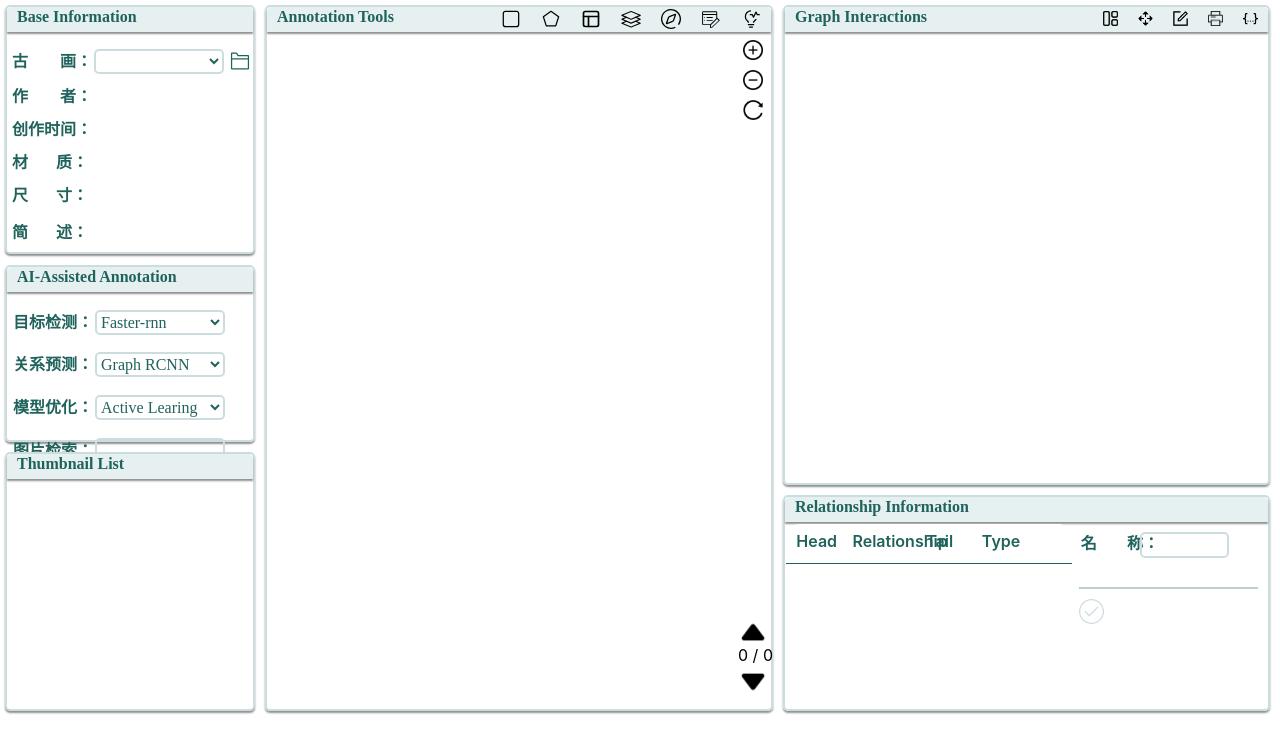
Repository: cailbh/ImageLabelTool
Page: /
These files come from the project's save history. The page is drawn as it stood at one moment and after the next save; the edit follows.
The browser window is 1280 px wide. The pictures show the whole page.
The project was rebuilt for these pictures with package versions that can differ from the ones it lists, and the page was loaded fresh each time.

Above is the page before, as saved 2022-11-14 22:41:28.

After the next save:
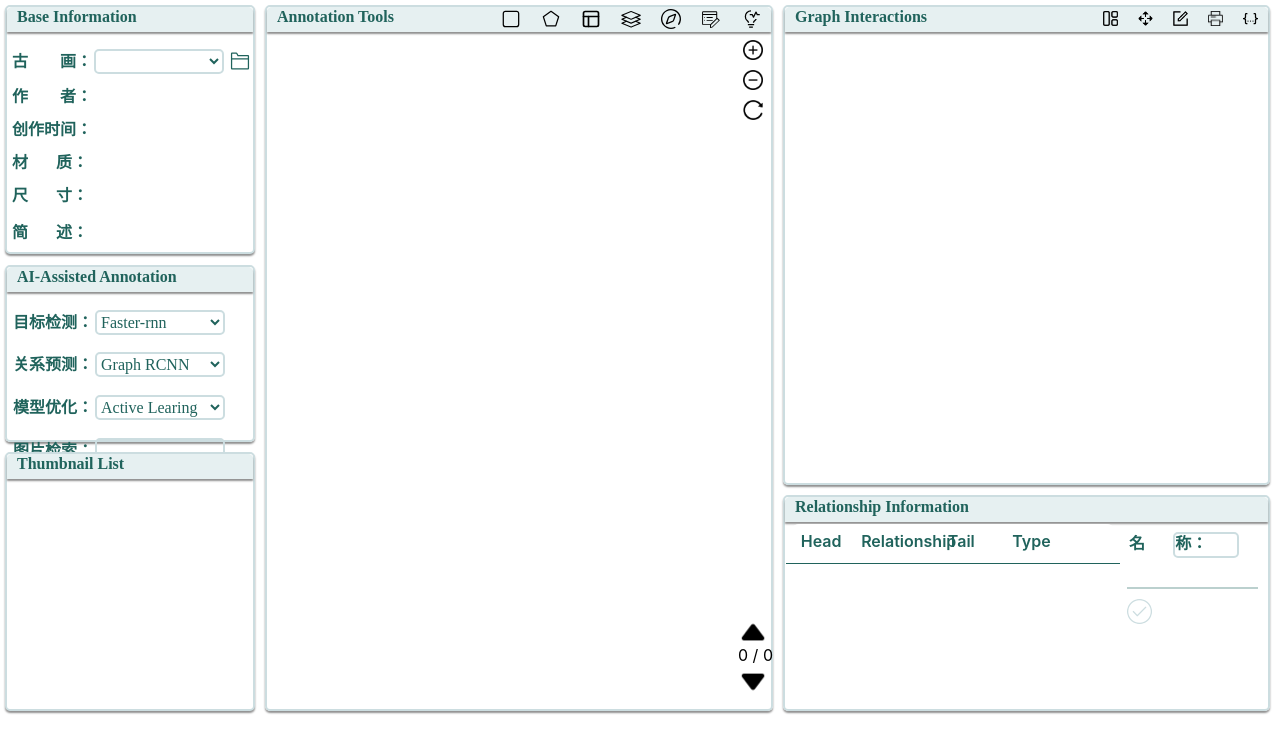
Saved 9 min 54 s later.
--- a/src/component/LabelDisplay/graph.css
+++ b/src/component/LabelDisplay/graph.css
@@ -197,14 +197,14 @@ position: relative;
     box-shadow:0px 2px 2px #909090
 }
 #attributeBox{
-    width: calc(40% - 4px);
+    width: calc(30% - 4px);
     height: calc(100% - 2px);
     overflow: 'auto';
     margin: 2px 1px;
     float: left;
 }
 #relationshipBox{
-    width: calc(60% - 4px);
+    width: calc(70% - 4px);
     height: calc(100% - 27px);
     /* width: 100%; */
     /* height: 100%; */
